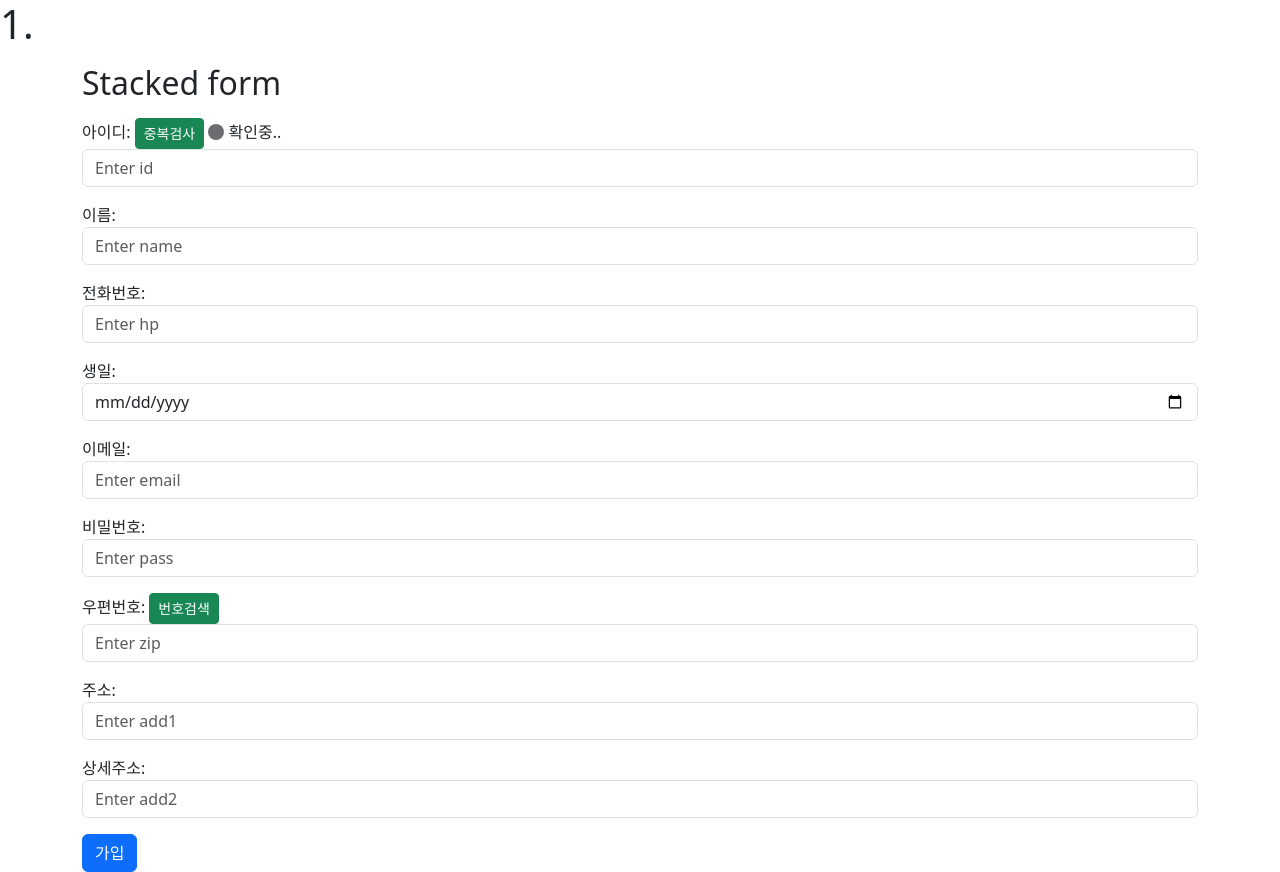
Repository: prawniel99/05_JQuery
Page: workspace/jqpro/WebContent/비동기6_ajax/join.html
These files come from the project's save history. The page is drawn as it stood at one moment and after the next save; the edit follows.
The browser window is 1280 px wide. The pictures show the whole page.

Above is the page before, as saved 2024-08-29 03:32:28.

After the next save:
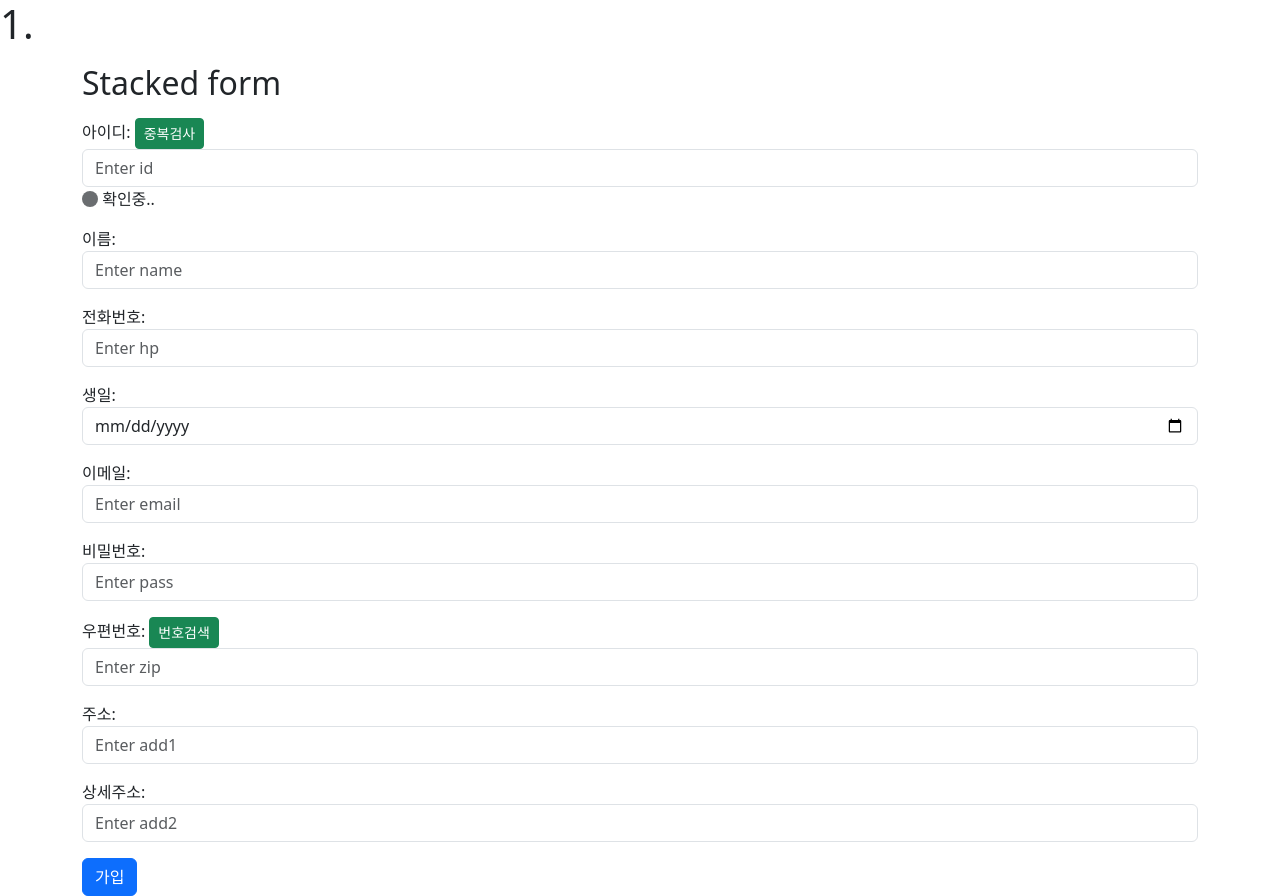
Saved 6 s later.
--- a/workspace/jqpro/WebContent/비동기6_ajax/join.html
+++ b/workspace/jqpro/WebContent/비동기6_ajax/join.html
@@ -36,8 +36,8 @@
 			<form>
 				<div class="mb-3 mt-3">
 					<label for="id">아이디:</label> <input type="button" value="중복검사" id="idcheck"  class="btn btn-success btn-sm">
+					<input type="text" class="form-control" id="id" placeholder="Enter id" name="mem_id"> <!-- name은 db와 일치시킨 VO와 일치시켜야 한다 -->
 					<span class="spinner-grow spinner-grow-sm"></span> 확인중..
-					<input type="text" class="form-control" id="id" placeholder="Enter id" name="mem_id"> <!-- name은 db와 일치시킨 VO와 일치시켜야 한다 -->
 				</div>
 
 				<div class="mb-3 mt-3">

After the save that followed:
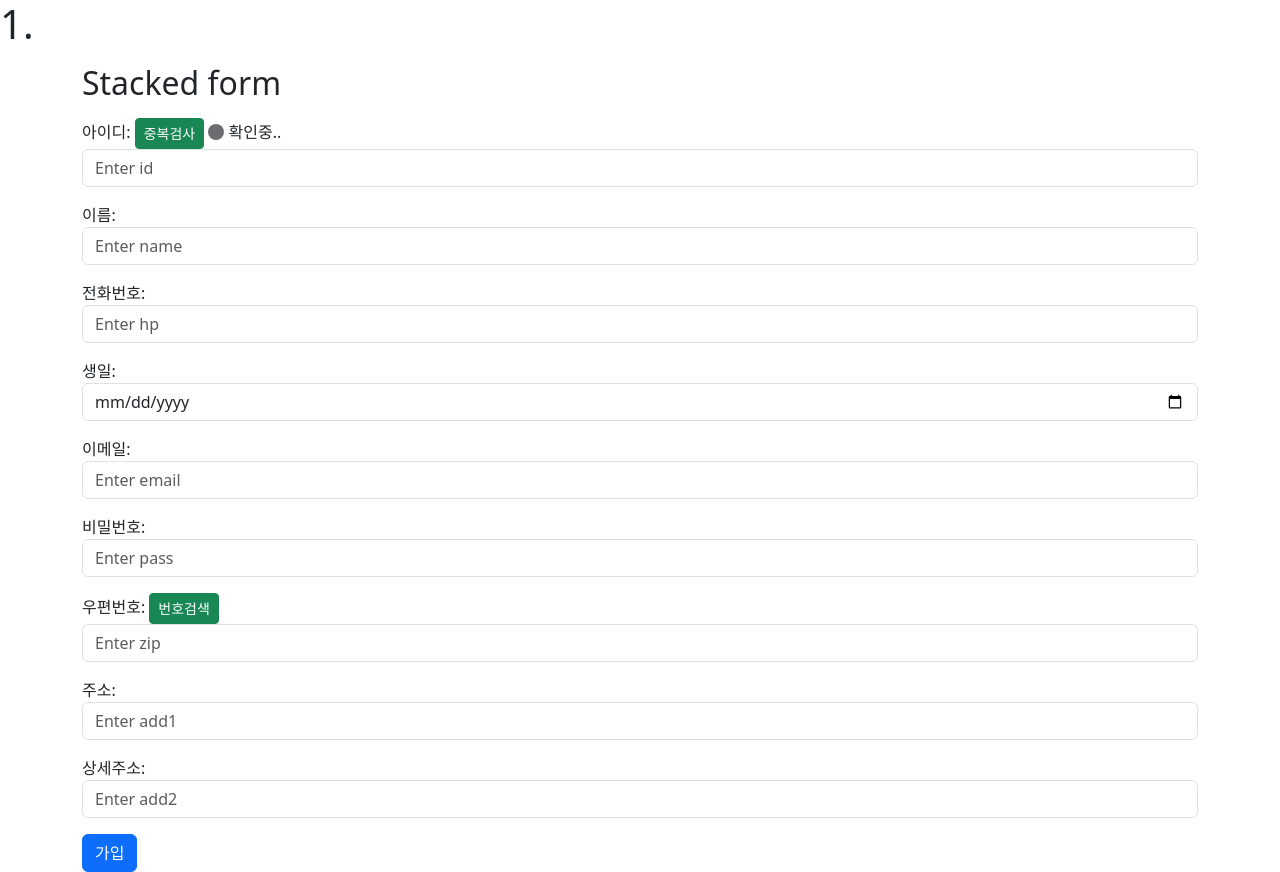
Saved 6 s later.
--- a/workspace/jqpro/WebContent/비동기6_ajax/join.html
+++ b/workspace/jqpro/WebContent/비동기6_ajax/join.html
@@ -36,8 +36,8 @@
 			<form>
 				<div class="mb-3 mt-3">
 					<label for="id">아이디:</label> <input type="button" value="중복검사" id="idcheck"  class="btn btn-success btn-sm">
+					<span class="spinner-grow spinner-grow-sm"></span> 확인중..
 					<input type="text" class="form-control" id="id" placeholder="Enter id" name="mem_id"> <!-- name은 db와 일치시킨 VO와 일치시켜야 한다 -->
-					<span class="spinner-grow spinner-grow-sm"></span> 확인중..
 				</div>
 
 				<div class="mb-3 mt-3">
